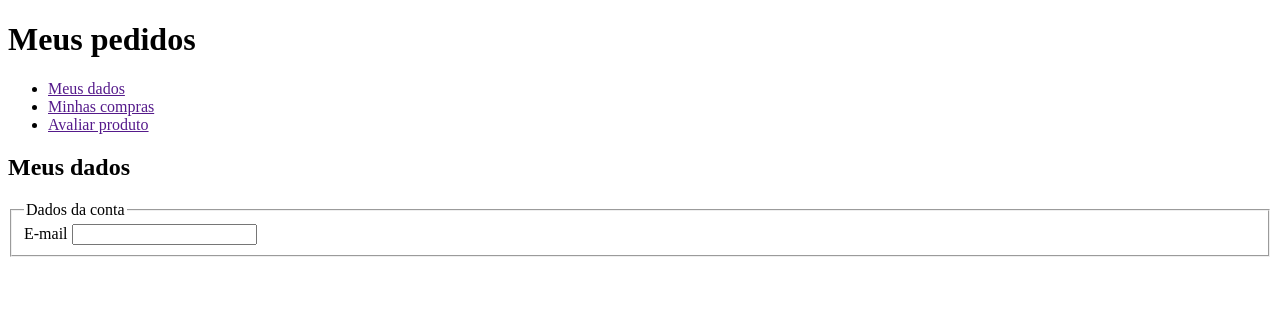
Repository: claudemir-camargo/site-compras
Page: index.html
An editor plug-in stored every save of this project. The page is shown before and after the next save, followed by the edit.
The browser window is 1280 px wide. The pictures show the whole page.

Above is the page before, as saved 2024-02-27 20:10:29.

### index.html
<!DOCTYPE html>
<html lang="en">
<head>
    <meta charset="UTF-8">
    <meta name="viewport" content="width=device-width, initial-scale=1.0">
    <title>Document</title>
</head>
<body>
    <h1>Meus pedidos</h1>
    <ul>
        <li><a href="">Meus dados</a></li>
        <li><a href="">Minhas compras</a></li>
        <li><a href="">Avaliar produto</a></li>
    </ul>
    <h2>Meus dados</h2>
    <fieldset>
        <legend>Dados da conta</legend>
        <form>
            <label>E-mail</label>
            <input type="email" id="email" name="email">
        </form>
    </fieldset>
</body>
</html>

After the next save:
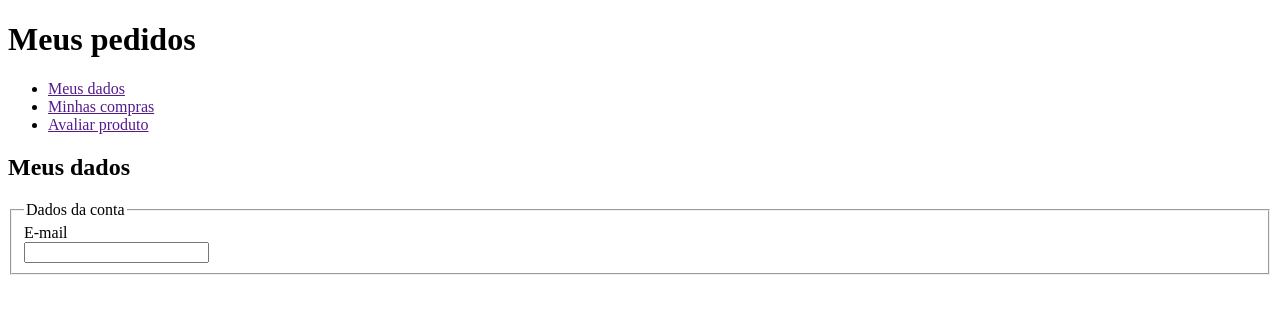
Saved 56 s later.
--- a/index.html
+++ b/index.html
@@ -16,7 +16,7 @@
     <fieldset>
         <legend>Dados da conta</legend>
         <form>
-            <label>E-mail</label>
+            <label>E-mail</label><br>
             <input type="email" id="email" name="email">
         </form>
     </fieldset>
